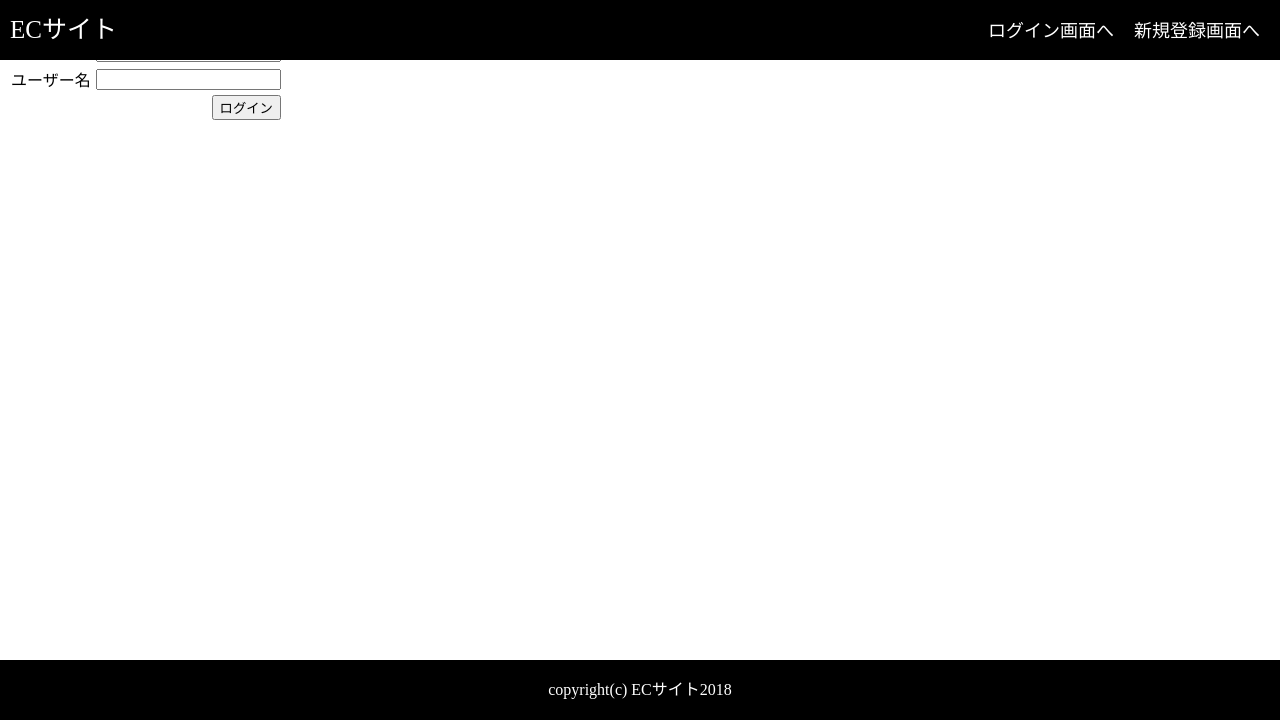
Repository: nyanya02/ECsite
Page: http://localhost/ECsite/signin.jsp
The author's editor kept a copy of each file at every save. The page is drawn from the files as they stood at one save, then again after the next save.
The browser window is 1280 px wide. The pictures show the whole page.
The page is served by Tomcat 9. Other server files are loaded and not shown.

Above is the page before, as saved 2018-04-26 04:01:33.

### ECsite/WebContent/signin.jsp
<%@ page language="java" contentType="text/html; charset=UTF-8"
    pageEncoding="UTF-8"%>
<%@ taglib prefix="s" uri="/struts-tags" %>
<!DOCTYPE html PUBLIC>
<html>
<head>
<meta charset="UTF-8">
<meta http-equiv="imagetoolbar" content="no"/>
<meta name="author" content="">
<meta name="keywords" content="">
<meta name="description" content="">

<title>ログイン</title>

<!-- <link rel="stylesheet" href="/css/style.css"> -->

<style>

#header{
    position:absolute;
    top:0;
    left:0;
    width:100%;
    height:60px;
    background-color: black;
}

#header #logo{
    float: left;
    width:200px;
    padding-left: 10px;
    color: white;
    font-size: 25px;
    line-height: 60px;
}

#header ul{
    float: right;
    line-height: 30px;
}

#header ul li{
    float: left;
    list-style: none;
    padding-right: 20px;
    color: white;
    font-size: 18px;
}

#logo a{
    text-decoration: none;
    color: white;
}
#logo a:hover{
    color: #E6E6E6;
}

#header li a{
    text-decoration: none;
    color: white;
}
#header li a:hover{
    color: #E6E6E6;
}

#main p{
    float: clear;
    background-color: yellow;
    height: 300px;
    width: 100px;

}

#footer{
    clear:both;
    width: 100%;
    height: 60px;
    position: absolute;
    bottom: 0;
    left: 0;
    color: white;
    background-color: black;
    text-align: center;
    line-height: 60px;
}


</style>

</head>
<body>

		<div id="header">
            <div id="logo"><a href='<s:url action="GoHomeAction"/>'>ECサイト</a></div>
            <ul>
                <li><a href='<s:url action="GoSignInAction"/>'>ログイン画面へ</a></li>
                <li><a href='<s:url action="GoSignUpAction"/>'>新規登録画面へ</a></li>
            </ul>
        </div>

        <div id="main">
        	<table>
        		<s:form action="SignInConfirm">

					<tr>
						<td><label>ログインID</label></td>
						<td><input type="text" name="loginUserId" value=""></td>
					</tr>
					<tr>
						<td><label>パスワード</label></td>
						<td><input type="text" name="loginPassword" value=""></td>
					</tr>
					<tr>
						<td><label>ユーザー名</label></td>
						<td><input type="text" name="loginUser" value=""></td>
					</tr>

            		<s:submit value="ログイン"/>

            	</s:form>

        	</table>

        </div>

        <div id="footer">
            copyright(c) ECサイト2018
        </div>

</body>
</html>

After the next save:
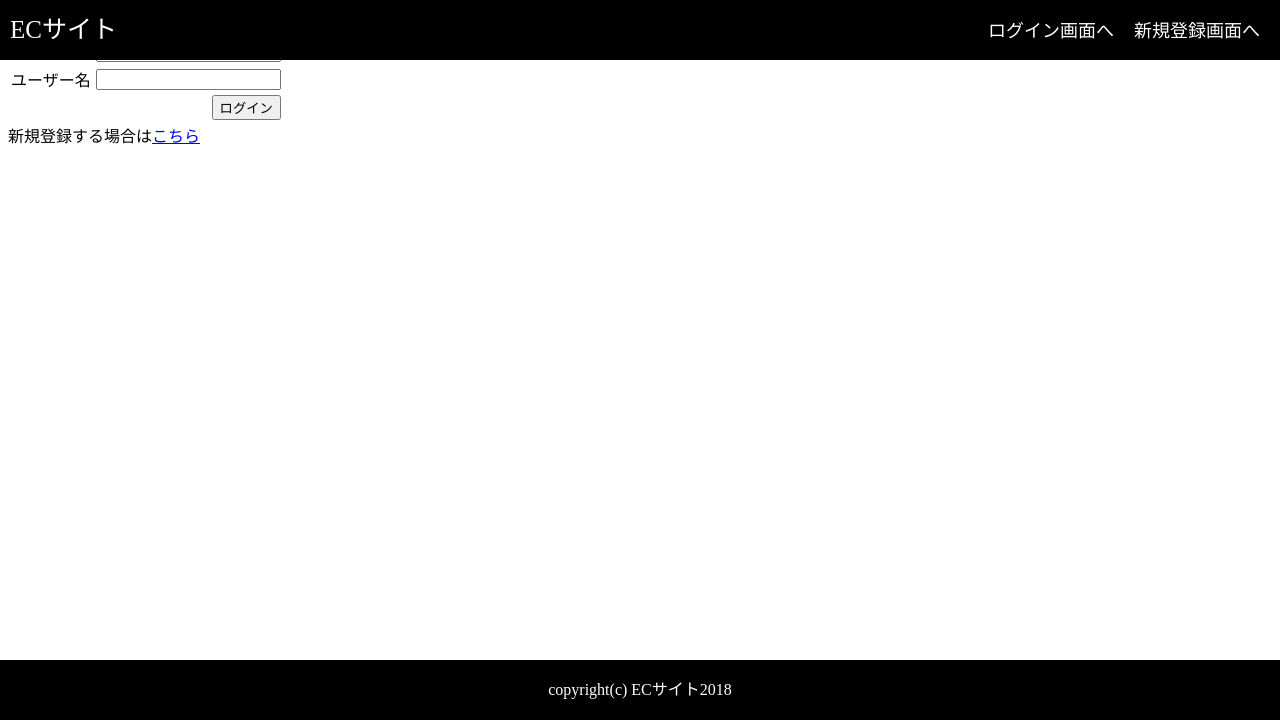
Saved 2 min 37 s later.
--- a/ECsite/WebContent/signin.jsp
+++ b/ECsite/WebContent/signin.jsp
@@ -119,6 +119,10 @@
 
             	</s:form>
 
+				<div>
+					<span>新規登録する場合は</span><a href="GoSignUpAction">こちら</a>
+				</div>
+
         	</table>
 
         </div>
